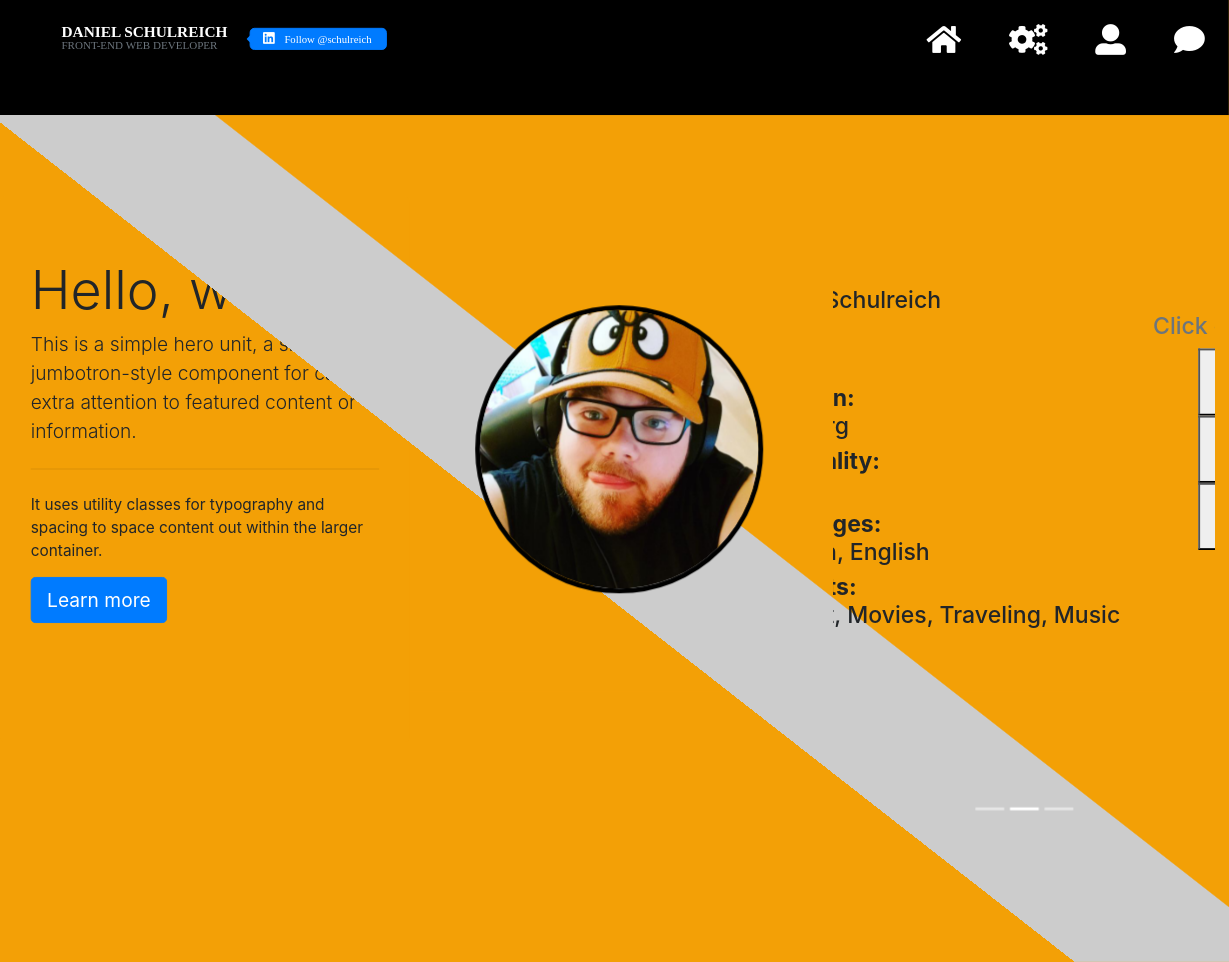
Repository: schulreich/my_portfolio
Page: portfolio.html
An editor plug-in stored every save of this project. The page is shown before and after the next save, followed by the edit.
The browser window is 1280 px wide. The pictures show the whole page, at 96% of full size.
Some web fonts or font styles are not loaded; a fallback is used. Some web libraries are served in a nearby version.

Above is the page before, as saved 2020-06-17 19:06:33.

After the next save:
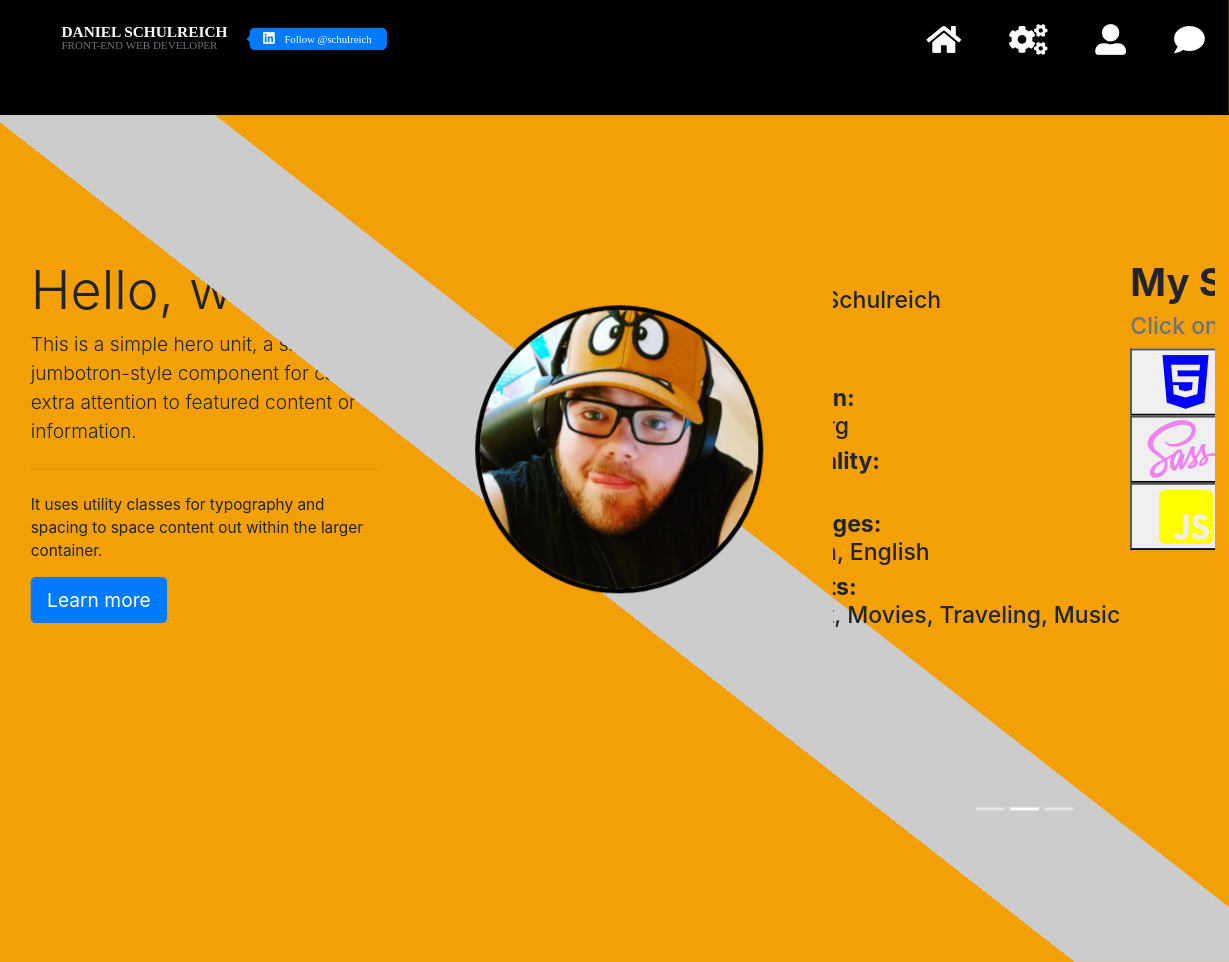
Saved 2 min 14 s later.
--- a/portfolio.html
+++ b/portfolio.html
@@ -178,19 +178,20 @@
               <h4><strong>Interests:</strong> <br> E-Sport, Movies, Traveling, Music</h4>
         </div>
         <div class="carousel-item">
-            <aside class="skills text-center">
+            <aside class="skills"> <!-- text-center -->
               <h1><strong>My Skills</strong></h1>
               <h4 class="text-muted">Click on Icons for more Details</h4>
               <div class="y">
-                <div class="row justify-content-center">
+                <!--  justify-content-center -->
+                <div class="row">
                   <div class="col-lg-4"><button class="skill-button"><i class="fab fa-html5 fa-4x" ></i></button></div>
                   <div class="col-lg-4"><button class="skill-button"><i class="fab fa-css3-alt fa-4x"></i></button></div>
                 </div>
-                <div class="row justify-content-center">
+                <div class="row">
                   <div class="col-lg-4"><button class="skill-button"><i class="fab fa-sass fa-4x"></i></button></div>
                     <div class="col-lg-4"><button class="skill-button"><i class="fab fa-react fa-4x"></i></button></div>
                 </div>
-                <div class="row justify-content-center">
+                <div class="row">
                   <div class="col-lg-4"><button class="skill-button"><i class="fab fa-js-square fa-4x"></i></button></div>
                   <div class="col-lg-4"></div>
                 </div>
